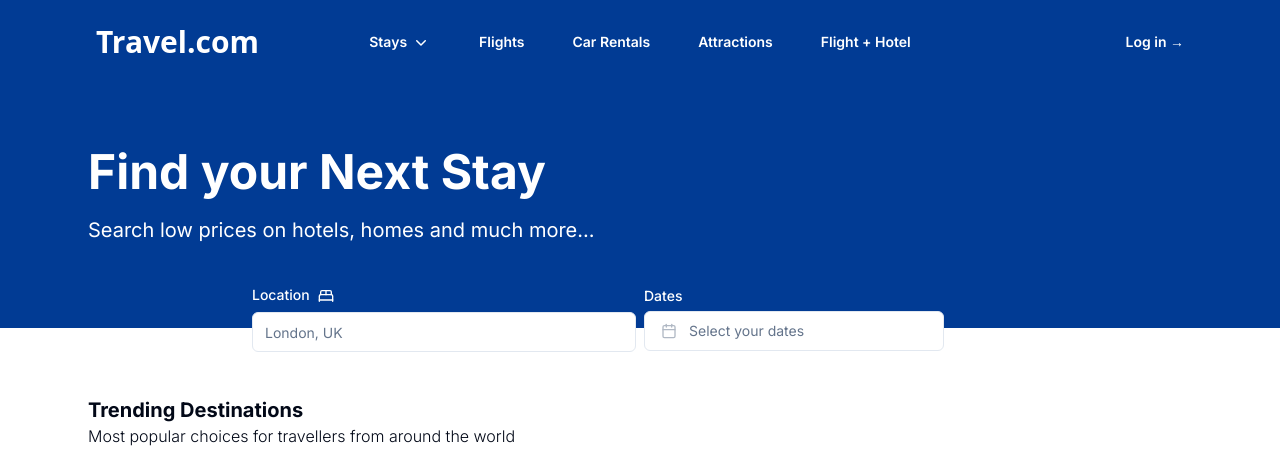
Repository: Qu4ntumGuy/booking
Page: /
An editor plug-in stored every save of this project. The page is shown before and after the next save, followed by the edit.
The browser window is 1280 px wide. The pictures show the part of the page from y = 0 to 468 px (the page is 920 px tall).
Pictures or frames that could not be fetched are drawn as grey boxes. The project was rebuilt for these pictures with package versions that can differ from the ones it lists, and the page was loaded fresh each time. The framework's server and built-in components were replaced by stand-ins that run in the browser. Also part of the build but not shown: next.config.mjs, components/ui/calendar.tsx.

Above is the page before, as saved 2024-07-03 15:49:58.

### app/layout.tsx
import type { Metadata } from "next";
import { Inter } from "next/font/google";
import "./globals.css";
import Header from "@/components/Header";

const inter = Inter({ subsets: ["latin"] });

export const metadata: Metadata = {
  title: "Travel-App",
  description: "Generated by create next app",
};

export default function RootLayout({
  children,
}: Readonly<{
  children: React.ReactNode;
}>) {
  return (
    <html lang="en">
      <body className={inter.className}>
      <Header />

        {children}</body>
    </html>
  );
}

### app/page.tsx
import Image from "next/image";
import { trending_data } from "@/data/trending";
import SearchForm from "@/components/SearchForm";

export default function Home() {
  return (
    <main className="">
      <section className="bg-[#013B94]">
        <div className="max-w-6xl mx-auto py-16 p-6">
          <h2 className="font-bold text-5xl text-white">Find your Next Stay</h2>
          <h3 className="text-white py-5 text-xl">
            Search low prices on hotels, homes and much more...
          </h3>
        </div>
      </section>

      <section className="m-4 mb-0 -mt-10 px-2 lg:px-4">
        <SearchForm />
      </section>
      <section className="mx-auto mb-10 max-w-6xl p-6 bg-white rounded-t-lg">
        <div className="pt-5">
          <h3 className="text-xl font-bold">Trending Destinations</h3>
          <p className="font-light">
            Most popular choices for travellers from around the world
          </p>
        </div>

        <div className="flex space-x-4 py-5 overflow-x-scroll">
          {trending_data.map((item) => (
            <div key={item.id} className="space-y-1 shrink-0 cursor-pointer">
              <img
                key={item.id}
                className="w-80 h-72 object-cover rounded-lg pb-2"
                src={item.src}
                alt=""
              />

              <p className="font-bold">{item.title}</p>
              <p className="">{item.location}</p>
              <p className="font-light text-sm">{item.description}</p>
            </div>
          ))}
        </div>
      </section>
    </main>
  );
}

### data/trending.ts
export const trending_data = [
    {
      id: 1,
      src: "https://r-xx.bstatic.com/xdata/images/city/526x420/977220.jpg?k=ee4b7b42c35b8cbf09c8ddb7630092b40cd706fec153c41904ed6e252a883938&o=",
      title: "Dubai",
      location: "United Arab Emirates",
      description: "15 Deals",
    },
    {
      id: 2,
      src: "https://cf.bstatic.com/xdata/images/xphoto/540x405/288594543.webp?k=7a96a2b4190146f63068bd0604a916c0c885c4899a527e24a9b39487d4ae50b8&o=",
      title: "South Korea",
      location: "Asia",
      description: "32 Deals",
    },
    {
      id: 3,
      src: "https://cf.bstatic.com/xdata/images/xphoto/540x405/289320924.webp?k=99a00f2907495aaeb6396695c053e3d8b95fb05619b10e76c89fb1f7d1fec427&o=",
      title: "London",
      location: "United Kingdom",
      description: "45 Deals",
    },
    {
      id: 4,
      src: "https://cf.bstatic.com/xdata/images/xphoto/540x405/290483794.webp?k=916f7bac0ccdb08efcb269ad29cc10816ab66cd1671359066d23d32fb17b5c39&o=",
      title: "Singapore",
      location: "Asia",
      description: "88 Deals",
    },
    {
      id: 5,
      src: "https://cf.bstatic.com/xdata/images/xphoto/540x405/173724501.webp?k=5e8a2353c6cd4efef3c5f992ea36d65598c52f2662d45cedc460d1a6a759109f&o=",
      title: "New York City",
      location: "United States of America",
      description: "92 Deals",
    },
  ];

### components/SearchForm.tsx
"use client";
import { useRouter } from "next/navigation";
import { useForm } from "react-hook-form";
import { zodResolver } from "@hookform/resolvers/zod";
import * as z from "zod";
import { Button } from "@/components/ui/button";
import { BedDoubleIcon, CalendarIcon } from "lucide-react";
import { Popover, PopoverContent, PopoverTrigger } from "./ui/popover";
import { format } from "date-fns";
import {
  Form,
  FormControl,
  FormDescription,
  FormField,
  FormItem,
  FormLabel,
  FormMessage,
} from "@/components/ui/form";
import { Input } from "@/components/ui/input";
import { Calendar } from "./ui/calendar";
import { cn } from "@/lib/utils";

export const formSchema = z.object({
  location: z.string().min(2).max(50),
  dates: z.object({
    from: z.date(),
    to: z.date(),
  }),
  adults: z
    .string()
    .min(1, {
      message: "Please select at least 1 adult",
    })
    .max(12, { message: "Max 12 adults Occupancy" }),
  children: z.string().min(0).max(12, {
    message: "Max 12 children Occupancy",
  }),
  rooms: z.string().min(1, {
    message: "Please select at least 1 room",
  }),
});

function SearchForm() {
  const router = useRouter();
  const form = useForm<z.infer<typeof formSchema>>({
    resolver: zodResolver(formSchema),
    defaultValues: {
      location: "",
      dates: {
        from: undefined,
        to: undefined,
      },
      adults: "1",
      children: "0",
      rooms: "1",
    },
  });

  function onSubmit(data: z.infer<typeof formSchema>) {
    console.log(data);
  }

  return (
    <Form {...form}>
      <form
        onSubmit={form.handleSubmit(onSubmit)}
        className="flex flex-col lg:flex-row lg:max-w-6xl lg:mx-auto items-center justify-center space-x-0 lg:space-x-2 space-y-4 lg:space-y-0 rounded-lg"
      >
        <div className="grid w-full lg:max-w-sm items-center gap-1.5">
          <FormField
            control={form.control}
            name="location"
            render={({ field }) => (
              <FormItem>
                <FormLabel className="text-white flex">
                  Location
                  <BedDoubleIcon className="ml-2 h-4 w-4 text-white" />
                </FormLabel>
                <FormMessage />

                <FormControl>
                  <Input placeholder="London, UK" {...field} />
                </FormControl>
              </FormItem>
            )}
          />
        </div>

        <div className="grid w-full lg:max-w-sm flex-1 items-center gap-1.5">
          <FormField
            control={form.control}
            name="dates"
            render={({ field }) => (
              <FormItem className="flex flex-col">
                <FormLabel className="text-white">Dates</FormLabel>
                <FormMessage />

                <Popover>
                  <PopoverTrigger asChild>
                    <FormControl>
                      <Button
                        id="date"
                        name="dates"
                        variant={"outline"}
                        className={cn(
                          "w-full lg:w-[300px] justify-start text-left font-normal",
                          !field.value.from && "text-muted-foreground"
                        )}
                      >
                        <CalendarIcon className="mr-3 h-4 w-4 opacity-50" />
                        {field.value?.from ? (
                          field.value?.to ? (
                            <>
                              {format(field.value?.from, "LLL dd, y")} -{" "}
                              {format(field.value?.to, "LLL dd, y")}
                            </>
                          ) : (
                            format(field.value?.from, "LLL dd, y")
                          )
                        ) : (
                          <span>Select your dates</span>
                        )}
                      </Button>
                    </FormControl>
                  </PopoverTrigger>
                  <PopoverContent className="w-auto p-0" align="start">
                    <Calendar
                      initialFocus
                      mode="range"
                      selected={field.value}
                      defaultMonth={field.value.from}
                      onSelect={field.onChange}
                      numberOfMonths={2}
                      disabled={(date) =>
                        date < new Date(new Date().setHours(0, 0, 0, 0))
                      }
                    />
                  </PopoverContent>
                </Popover>
              </FormItem>
            )}
          />
        </div>
      </form>
    </Form>
  );
}

export default SearchForm;

### components/ui/button.tsx
import * as React from "react"
import { Slot } from "@radix-ui/react-slot"
import { cva, type VariantProps } from "class-variance-authority"

import { cn } from "@/lib/utils"

const buttonVariants = cva(
  "inline-flex items-center justify-center whitespace-nowrap rounded-md text-sm font-medium ring-offset-background transition-colors focus-visible:outline-none focus-visible:ring-2 focus-visible:ring-ring focus-visible:ring-offset-2 disabled:pointer-events-none disabled:opacity-50",
  {
    variants: {
      variant: {
        default: "bg-primary text-primary-foreground hover:bg-primary/90",
        destructive:
          "bg-destructive text-destructive-foreground hover:bg-destructive/90",
        outline:
          "border border-input bg-background hover:bg-accent hover:text-accent-foreground",
        secondary:
          "bg-secondary text-secondary-foreground hover:bg-secondary/80",
        ghost: "hover:bg-accent hover:text-accent-foreground",
        link: "text-primary underline-offset-4 hover:underline",
      },
      size: {
        default: "h-10 px-4 py-2",
        sm: "h-9 rounded-md px-3",
        lg: "h-11 rounded-md px-8",
        icon: "h-10 w-10",
      },
    },
    defaultVariants: {
      variant: "default",
      size: "default",
    },
  }
)

export interface ButtonProps
  extends React.ButtonHTMLAttributes<HTMLButtonElement>,
    VariantProps<typeof buttonVariants> {
  asChild?: boolean
}

const Button = React.forwardRef<HTMLButtonElement, ButtonProps>(
  ({ className, variant, size, asChild = false, ...props }, ref) => {
    const Comp = asChild ? Slot : "button"
    return (
      <Comp
        className={cn(buttonVariants({ variant, size, className }))}
        ref={ref}
        {...props}
      />
    )
  }
)
Button.displayName = "Button"

export { Button, buttonVariants }

### components/ui/popover.tsx
"use client"

import * as React from "react"
import * as PopoverPrimitive from "@radix-ui/react-popover"

import { cn } from "@/lib/utils"

const Popover = PopoverPrimitive.Root

const PopoverTrigger = PopoverPrimitive.Trigger

const PopoverContent = React.forwardRef<
  React.ElementRef<typeof PopoverPrimitive.Content>,
  React.ComponentPropsWithoutRef<typeof PopoverPrimitive.Content>
>(({ className, align = "center", sideOffset = 4, ...props }, ref) => (
  <PopoverPrimitive.Portal>
    <PopoverPrimitive.Content
      ref={ref}
      align={align}
      sideOffset={sideOffset}
      className={cn(
        "z-50 w-72 rounded-md border bg-popover p-4 text-popover-foreground shadow-md outline-none data-[state=open]:animate-in data-[state=closed]:animate-out data-[state=closed]:fade-out-0 data-[state=open]:fade-in-0 data-[state=closed]:zoom-out-95 data-[state=open]:zoom-in-95 data-[side=bottom]:slide-in-from-top-2 data-[side=left]:slide-in-from-right-2 data-[side=right]:slide-in-from-left-2 data-[side=top]:slide-in-from-bottom-2",
        className
      )}
      {...props}
    />
  </PopoverPrimitive.Portal>
))
PopoverContent.displayName = PopoverPrimitive.Content.displayName

export { Popover, PopoverTrigger, PopoverContent }

### components/ui/form.tsx
import * as React from "react"
import * as LabelPrimitive from "@radix-ui/react-label"
import { Slot } from "@radix-ui/react-slot"
import {
  Controller,
  ControllerProps,
  FieldPath,
  FieldValues,
  FormProvider,
  useFormContext,
} from "react-hook-form"

import { cn } from "@/lib/utils"
import { Label } from "@/components/ui/label"

const Form = FormProvider

type FormFieldContextValue<
  TFieldValues extends FieldValues = FieldValues,
  TName extends FieldPath<TFieldValues> = FieldPath<TFieldValues>
> = {
  name: TName
}

const FormFieldContext = React.createContext<FormFieldContextValue>(
  {} as FormFieldContextValue
)

const FormField = <
  TFieldValues extends FieldValues = FieldValues,
  TName extends FieldPath<TFieldValues> = FieldPath<TFieldValues>
>({
  ...props
}: ControllerProps<TFieldValues, TName>) => {
  return (
    <FormFieldContext.Provider value={{ name: props.name }}>
      <Controller {...props} />
    </FormFieldContext.Provider>
  )
}

const useFormField = () => {
  const fieldContext = React.useContext(FormFieldContext)
  const itemContext = React.useContext(FormItemContext)
  const { getFieldState, formState } = useFormContext()

  const fieldState = getFieldState(fieldContext.name, formState)

  if (!fieldContext) {
    throw new Error("useFormField should be used within <FormField>")
  }

  const { id } = itemContext

  return {
    id,
    name: fieldContext.name,
    formItemId: `${id}-form-item`,
    formDescriptionId: `${id}-form-item-description`,
    formMessageId: `${id}-form-item-message`,
    ...fieldState,
  }
}

type FormItemContextValue = {
  id: string
}

const FormItemContext = React.createContext<FormItemContextValue>(
  {} as FormItemContextValue
)

const FormItem = React.forwardRef<
  HTMLDivElement,
  React.HTMLAttributes<HTMLDivElement>
>(({ className, ...props }, ref) => {
  const id = React.useId()

  return (
    <FormItemContext.Provider value={{ id }}>
      <div ref={ref} className={cn("space-y-2", className)} {...props} />
    </FormItemContext.Provider>
  )
})
FormItem.displayName = "FormItem"

const FormLabel = React.forwardRef<
  React.ElementRef<typeof LabelPrimitive.Root>,
  React.ComponentPropsWithoutRef<typeof LabelPrimitive.Root>
>(({ className, ...props }, ref) => {
  const { error, formItemId } = useFormField()

  return (
    <Label
      ref={ref}
      className={cn(error && "text-destructive", className)}
      htmlFor={formItemId}
      {...props}
    />
  )
})
FormLabel.displayName = "FormLabel"

const FormControl = React.forwardRef<
  React.ElementRef<typeof Slot>,
  React.ComponentPropsWithoutRef<typeof Slot>
>(({ ...props }, ref) => {
  const { error, formItemId, formDescriptionId, formMessageId } = useFormField()

  return (
    <Slot
      ref={ref}
      id={formItemId}
      aria-describedby={
        !error
          ? `${formDescriptionId}`
          : `${formDescriptionId} ${formMessageId}`
      }
      aria-invalid={!!error}
      {...props}
    />
  )
})
FormControl.displayName = "FormControl"

const FormDescription = React.forwardRef<
  HTMLParagraphElement,
  React.HTMLAttributes<HTMLParagraphElement>
>(({ className, ...props }, ref) => {
  const { formDescriptionId } = useFormField()

  return (
    <p
      ref={ref}
      id={formDescriptionId}
      className={cn("text-sm text-muted-foreground", className)}
      {...props}
    />
  )
})
FormDescription.displayName = "FormDescription"

const FormMessage = React.forwardRef<
  HTMLParagraphElement,
  React.HTMLAttributes<HTMLParagraphElement>
>(({ className, children, ...props }, ref) => {
  const { error, formMessageId } = useFormField()
  const body = error ? String(error?.message) : children

  if (!body) {
    return null
  }

  return (
    <p
      ref={ref}
      id={formMessageId}
      className={cn("text-sm font-medium text-destructive", className)}
      {...props}
    >
      {body}
    </p>
  )
})
FormMessage.displayName = "FormMessage"

export {
  useFormField,
  Form,
  FormItem,
  FormLabel,
  FormControl,
  FormDescription,
  FormMessage,
  FormField,
}

### components/ui/input.tsx
import * as React from "react"

import { cn } from "@/lib/utils"

export interface InputProps
  extends React.InputHTMLAttributes<HTMLInputElement> {}

const Input = React.forwardRef<HTMLInputElement, InputProps>(
  ({ className, type, ...props }, ref) => {
    return (
      <input
        type={type}
        className={cn(
          "flex h-10 w-full rounded-md border border-input bg-background px-3 py-2 text-sm ring-offset-background file:border-0 file:bg-transparent file:text-sm file:font-medium placeholder:text-muted-foreground focus-visible:outline-none focus-visible:ring-2 focus-visible:ring-ring focus-visible:ring-offset-2 disabled:cursor-not-allowed disabled:opacity-50",
          className
        )}
        ref={ref}
        {...props}
      />
    )
  }
)
Input.displayName = "Input"

export { Input }

### components/ui/label.tsx
"use client"

import * as React from "react"
import * as LabelPrimitive from "@radix-ui/react-label"
import { cva, type VariantProps } from "class-variance-authority"

import { cn } from "@/lib/utils"

const labelVariants = cva(
  "text-sm font-medium leading-none peer-disabled:cursor-not-allowed peer-disabled:opacity-70"
)

const Label = React.forwardRef<
  React.ElementRef<typeof LabelPrimitive.Root>,
  React.ComponentPropsWithoutRef<typeof LabelPrimitive.Root> &
    VariantProps<typeof labelVariants>
>(({ className, ...props }, ref) => (
  <LabelPrimitive.Root
    ref={ref}
    className={cn(labelVariants(), className)}
    {...props}
  />
))
Label.displayName = LabelPrimitive.Root.displayName

export { Label }

Loaded but not shown: app/globals.css (common file); lib/utils.ts (common file); tailwind.config.ts (common file); components/Header.tsx (267 lines, source omitted)

After the next save:
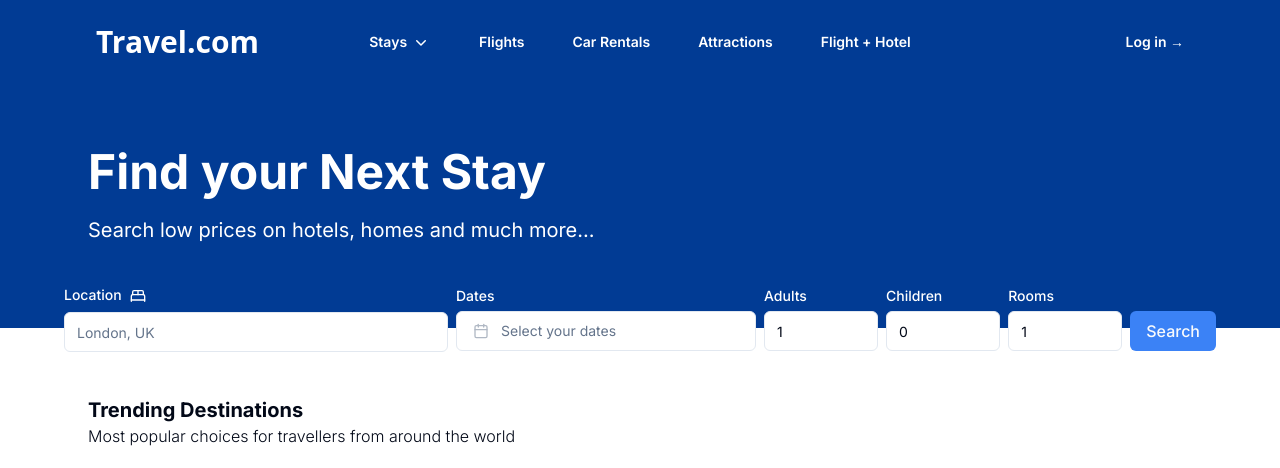
Saved 105 s later.
--- a/components/SearchForm.tsx
+++ b/components/SearchForm.tsx
@@ -141,6 +141,61 @@ function SearchForm() {
             )}
           />
         </div>
+        <div className="flex w-full items-center space-x-2">
+          <div className="grid items-center flex-1">
+            <FormField
+              control={form.control}
+              name="adults"
+              render={({ field }) => (
+                <FormItem className="flex flex-col">
+                  <FormLabel className="text-white">Adults</FormLabel>
+                  <FormMessage />
+                  <FormControl>
+                    <Input type="number" placeholder="Adults" {...field} />
+                  </FormControl>
+                </FormItem>
+              )}
+            />
+          </div>
+
+          <div className="grid items-center flex-1">
+            <FormField
+              control={form.control}
+              name="children"
+              render={({ field }) => (
+                <FormItem className="flex flex-col">
+                  <FormLabel className="text-white">Children</FormLabel>
+                  <FormMessage />
+                  <FormControl>
+                    <Input type="number" placeholder="Children" {...field} />
+                  </FormControl>
+                </FormItem>
+              )}
+            />
+          </div>
+
+          <div className="grid items-center flex-1">
+            <FormField
+              control={form.control}
+              name="rooms"
+              render={({ field }) => (
+                <FormItem className="flex flex-col">
+                  <FormLabel className="text-white">Rooms</FormLabel>
+                  <FormMessage />
+                  <FormControl>
+                    <Input type="number" placeholder="rooms" {...field} />
+                  </FormControl>
+                </FormItem>
+              )}
+            />
+          </div>
+
+          <div className="mt-auto">
+            <Button type="submit" className="bg-blue-500 text-base">
+              Search
+            </Button>
+          </div>
+        </div>
       </form>
     </Form>
   );
